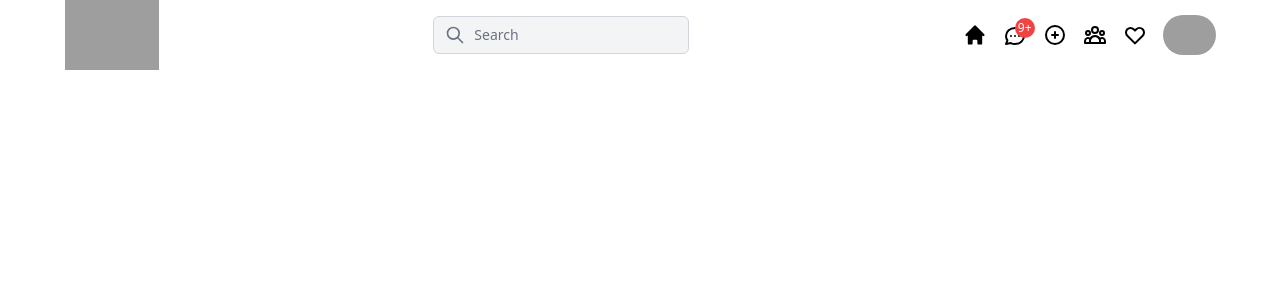
Repository: Qu4ntumGuy/insta-clone
Page: /
The author's editor kept a copy of each file at every save. The page is drawn from the files as they stood at one save, then again after the next save.
The browser window is 1280 px wide. The pictures show the whole page.
Pictures or frames that could not be fetched are drawn as grey boxes. The project was rebuilt for these pictures with package versions that can differ from the ones it lists, and the page was loaded fresh each time. The framework's server and built-in components were replaced by stand-ins that run in the browser. Also part of the build but not shown: next.config.js.

Above is the page before, as saved 2022-03-16 13:31:35.

### pages/index.js
import Head from "next/head";
import Header from "../components/Header";

export default function Home() {
  return (
    <div className="">
      <Head>
        <title>Instagram 2.0</title>
        <link rel="icon" href="/favicon.ico" />
      </Head>
      <Header />
    </div>
  );
}

### styles/globals.css
@tailwind base;
@tailwind components;
@tailwind utilities;

@layer components {
    .navBtn {
        @apply h-6 md:inline-flex cursor-pointer
        transition-all duration-150 ease-out
    }
}

### components/Header.js
import Image from "next/image";
import {
  SearchIcon,
  PlusCircleIcon,
  UserGroupIcon,
  HeartIcon,
  CameraIcon,
  ChatIcon,
  MenuIcon,
} from "@heroicons/react/outline";
import { HomeIcon } from "@heroicons/react/solid";

const Header = () => {
  return (
    <div className="mx-5">
      <div className="flex justify-between max-w-6xl lg:mx-auto">
        <div className="relative hidden md:inline-grid w-24 cursor-pointer">
          <Image
            src="https://logos-world.net/wp-content/uploads/2020/04/Instagram-Logo.png"
            layout="fill"
            objectFit="contain"
          />
        </div>

        <div className="md:hidden flex items-center">
          <CameraIcon className="h-8 w-8" />
        </div>

        <div className=" max-w-xs">
          <div className=" relative m-1 p-3 rounded-md">
            <div className=" absolute inset-y-0  pl-3 flex items-center">
              <SearchIcon className=" h-5 w-5 text-gray-500" />
            </div>
            <input
              className="bg-gray-100 rounded-md block w-full pl-10 sm: text-sm
            border-gray-300 focus:ring-black focus:border-black"
              type="text"
              placeholder="Search"
            />
          </div>
        </div>
        <div className="flex items-center space-x-4">
          <HomeIcon className=" navBtn" />
          <div className=" relative">
            <ChatIcon className=" navBtn" />
            <div className=" absolute -top-1 -right-2 text-xs h-5 w-5
             bg-red-500 rounded-full flex items-center justify-center
             text-white">
              9+
            </div>
          </div>
          <PlusCircleIcon className=" navBtn" />
          <UserGroupIcon className="navBtn" />
          <HeartIcon className=" navBtn " />
          <img
            className=" relative h-10 rounded-full"
            src="https://upload.wikimedia.org/wikipedia/commons/thumb/2/2a/Instagram_logo.svg/840px-Instagram_logo.svg.png"
            alt="Profile"
          />
        </div>
      </div>
    </div>
  );
};

export default Header;

Loaded but not shown: pages/_app.js (common file); tailwind.config.js (common file)

After the next save:
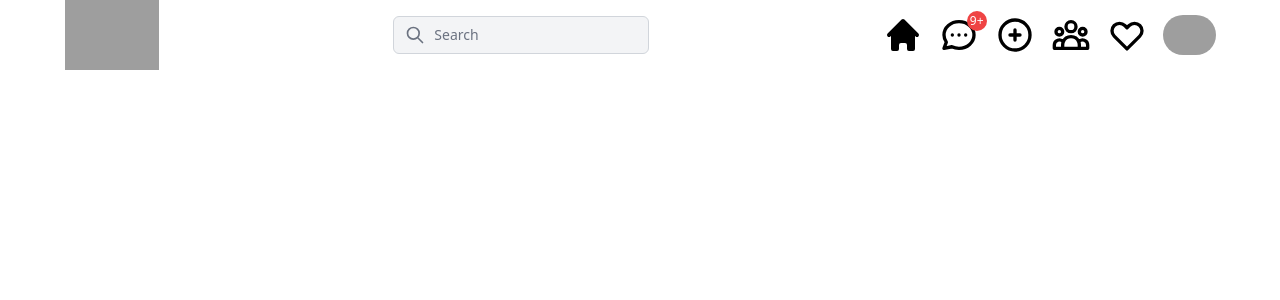
Saved 16 s later.
--- a/styles/globals.css
+++ b/styles/globals.css
@@ -4,7 +4,7 @@
 
 @layer components {
     .navBtn {
-        @apply h-6 md:inline-flex cursor-pointer
+        @apply h-10 md:inline-flex cursor-pointer
         transition-all duration-150 ease-out
     }
 }
